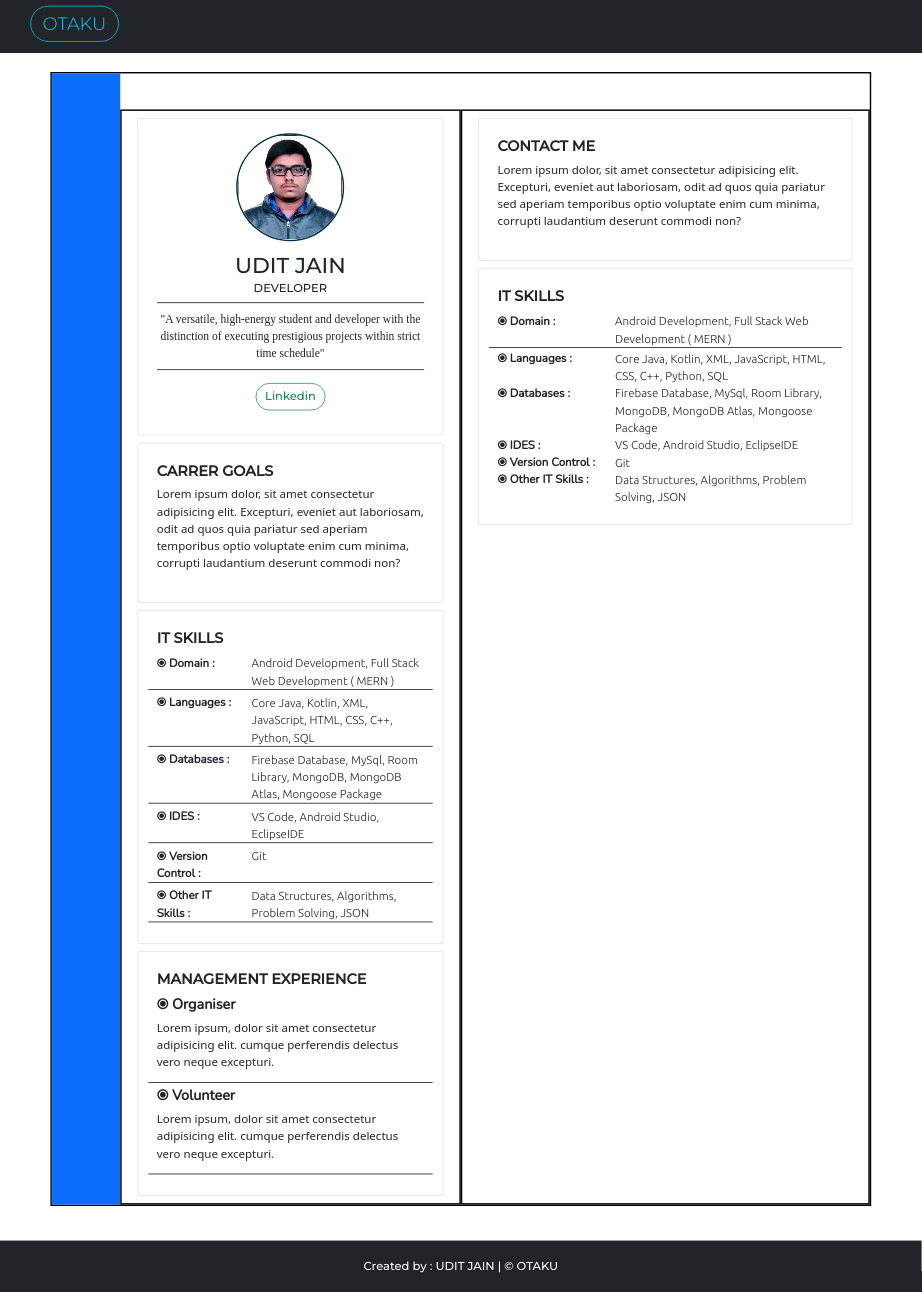
Repository: uditjain100/Responsive-Resume
Page: layouts/index.html
An editor plug-in stored every save of this project. The page is shown before and after the next save, followed by the edit.
The browser window is 1280 px wide. The pictures show the whole page, at 72% of full size.
Some web fonts or font styles are not loaded; a fallback is used. Some web libraries are served in a nearby version.

Above is the page before, as saved 2021-03-01 15:18:56.

### layouts/index.html
<!DOCTYPE html>
<html lang="en">
  <head>
    <meta charset="UTF-8" />
    <meta http-equiv="X-UA-Compatible" content="IE=edge" />
    <meta name="viewport" content="width=device-width, initial-scale=1.0" />
    <title>Udit Jain</title>
    <link rel="stylesheet" href="app.css" />
    <link
      href="https://cdn.jsdelivr.net/npm/bootstrap@5.0.0-beta1/dist/css/bootstrap.min.css"
      rel="stylesheet"
      integrity="sha384-giJF6kkoqNQ00vy+HMDP7azOuL0xtbfIcaT9wjKHr8RbDVddVHyTfAAsrekwKmP1"
      crossorigin="anonymous"
    />

    <link rel="preconnect" href="https://fonts.gstatic.com" />
    <link
      href="https://fonts.googleapis.com/css2?family=Montserrat:wght@300;500&display=swap"
      rel="stylesheet"
    />
    <link
      href="https://fonts.googleapis.com/css2?family=Roboto+Slab:wght@300&display=swap"
      rel="stylesheet"
    />
    <link
      href="https://fonts.googleapis.com/css2?family=Spartan:wght@500&display=swap"
      rel="stylesheet"
    />
    <link
      href="https://fonts.googleapis.com/css2?family=Red+Hat+Display&display=swap"
      rel="stylesheet"
    />
    <link
      href="https://fonts.googleapis.com/css2?family=Ubuntu:wght@300&display=swap"
      rel="stylesheet"
    />
    <link
      href="https://fonts.googleapis.com/css2?family=Quicksand:wght@700&display=swap"
      rel="stylesheet"
    />
    <link
      href="https://fonts.googleapis.com/css2?family=Nunito&display=swap"
      rel="stylesheet"
    />
    <link
      href="https://fonts.googleapis.com/css2?family=Akaya+Kanadaka&display=swap"
      rel="stylesheet"
    />
  </head>
  <body>
    <header class="header">
      <nav class="navbar navbar-expand-lg navbar-light bg-dark pb-3 fixed-top">
        <div class="container-fluid">
          <a
            id="navtitle"
            class="navbar-brand text-info px-3 rounded-pill border border-info"
            href="#"
            >OTAKU</a
          >
        </div>
      </nav>
    </header>

    <div class="container">
      <div id="wholewindow" class="row">
        <div class="col-1 bg-primary"></div>
        <div id="leftwindow" class="col-5">
          <div id="namebox" class="card">
            <img
              id="profileimg"
              src="profile.jpg"
              class="card-img-top"
              alt="..."
            />
            <div class="card-body">
              <h3 class="card-title" style="font-size: 30px; font-weight: 400">
                UDIT JAIN
              </h3>
              <h6 class="card-subtitle">DEVELOPER</h6>
              <p id="summary">
                "A versatile, high-energy student and developer with the
                distinction of executing prestigious projects within strict time
                schedule"
              </p>
              <a href="#" class="btn btn-outline-success rounded-pill m-2"
                >Linkedin</a
              >
            </div>
          </div>
          <div id="goalbox" class="card">
            <div class="card-body">
              <h3 class="card-title">CARRER GOALS</h3>
              <p>
                Lorem ipsum dolor, sit amet consectetur adipisicing elit.
                Excepturi, eveniet aut laboriosam, odit ad quos quia pariatur
                sed aperiam temporibus optio voluptate enim cum minima, corrupti
                laudantium deserunt commodi non?
              </p>
            </div>
          </div>
          <div id="itskillsbox" class="card">
            <div class="card-body">
              <h3 class="card-title">IT SKILLS</h3>
              <ul class="list-group">
                <li id="itskillsitem" class="row">
                  <span class="col-4" id="que">⦿ Domain : </span>
                  <span class="col-8" id="ans"
                    >Android Development, Full Stack Web Development ( MERN
                    )</span
                  >
                </li>
                <li id="itskillsitem" class="row">
                  <span class="col-4" id="que">⦿ Languages : </span>
                  <span class="col-8" id="ans"
                    >Core Java, Kotlin, XML, JavaScript, HTML, CSS, C++, Python,
                    SQL</span
                  >
                </li>
                <li id="itskillsitem" class="row">
                  <span class="col-4" id="que">⦿ Databases : </span>
                  <span class="col-8" id="ans"
                    >Firebase Database, MySql, Room Library, MongoDB, MongoDB
                    Atlas, Mongoose Package</span
                  >
                </li>
                <li id="itskillsitem" class="row">
                  <span class="col-4" id="que">⦿ IDES : </span>
                  <span class="col-8" id="ans"
                    >VS Code, Android Studio, EclipseIDE</span
                  >
                </li>
                <li id="itskillsitem" class="row">
                  <span class="col-4" id="que">⦿ Version Control : </span>
                  <span class="col-8" id="ans">Git</span>
                </li>
                <li id="itskillsitem" class="row">
                  <span class="col-4" id="que">⦿ Other IT Skills : </span>
                  <span class="col-8" id="ans"
                    >Data Structures, Algorithms, Problem Solving, JSON</span
                  >
                </li>
              </ul>
            </div>
          </div>
          <div id="managementskillsbox" class="card">
            <div class="card-body">
              <h3 class="card-title">MANAGEMENT EXPERIENCE</h3>
              <ul class="list-group">
                <li id="managementskillsitem" class="row">
                  <h5 id="que" class="display-10">⦿ Organiser</h5>
                  <p>
                    Lorem ipsum, dolor sit amet consectetur adipisicing elit.
                    cumque perferendis delectus vero neque excepturi.
                  </p>
                </li>
                <li id="managementskillsitem" class="row">
                  <h5 id="que" class="display-10">⦿ Volunteer</h5>
                  <p>
                    Lorem ipsum, dolor sit amet consectetur adipisicing elit.
                    cumque perferendis delectus vero neque excepturi.
                  </p>
                </li>
              </ul>
            </div>
          </div>
        </div>
        <div id="rightwindow" class="col-6">
          <div id="contactbox" class="card">
            <div class="card-body">
              <h3 class="card-title">CONTACT ME</h3>
              <p>
                Lorem ipsum dolor, sit amet consectetur adipisicing elit.
                Excepturi, eveniet aut laboriosam, odit ad quos quia pariatur
                sed aperiam temporibus optio voluptate enim cum minima, corrupti
                laudantium deserunt commodi non?
              </p>
            </div>
          </div>
          <div id="itskillsbox" class="card">
            <div class="card-body">
              <h3 class="card-title">IT SKILLS</h3>
              <ul class="list-group">
                <li id="itskillsitem" class="row">
                  <span class="col-4" id="que">⦿ Domain : </span>
                  <span class="col-8" id="ans"
                    >Android Development, Full Stack Web Development ( MERN
                    )</span
                  >
                </li>
                <li id="skillsitem" class="row">
                  <span class="col-4" id="que">⦿ Languages : </span>
                  <span class="col-8" id="ans"
                    >Core Java, Kotlin, XML, JavaScript, HTML, CSS, C++, Python,
                    SQL</span
                  >
                </li>
                <li id="skillsitem" class="row">
                  <span class="col-4" id="que">⦿ Databases : </span>
                  <span class="col-8" id="ans"
                    >Firebase Database, MySql, Room Library, MongoDB, MongoDB
                    Atlas, Mongoose Package</span
                  >
                </li>
                <li id="skillsitem" class="row">
                  <span class="col-4" id="que">⦿ IDES : </span>
                  <span class="col-8" id="ans"
                    >VS Code, Android Studio, EclipseIDE</span
                  >
                </li>
                <li id="skillsitem" class="row">
                  <span class="col-4" id="que">⦿ Version Control : </span>
                  <span class="col-8" id="ans">Git</span>
                </li>
                <li id="skillsitem" class="row">
                  <span class="col-4" id="que">⦿ Other IT Skills : </span>
                  <span class="col-8" id="ans"
                    >Data Structures, Algorithms, Problem Solving, JSON</span
                  >
                </li>
              </ul>
            </div>
          </div>
        </div>
      </div>
    </div>

    <footer class="footer bg-dark mt-5 py-4">
      <div class="container">
        <span class="" style="text-align: center"
          >Created by : UDIT JAIN | &copy; OTAKU</span
        >
      </div>
    </footer>

    <script
      src="https://cdn.jsdelivr.net/npm/@popperjs/core@2.6.0/dist/umd/popper.min.js"
      integrity="sha384-KsvD1yqQ1/1+IA7gi3P0tyJcT3vR+NdBTt13hSJ2lnve8agRGXTTyNaBYmCR/Nwi"
      crossorigin="anonymous"
    ></script>
    <script
      src="https://cdn.jsdelivr.net/npm/bootstrap@5.0.0-beta2/dist/js/bootstrap.min.js"
      integrity="sha384-nsg8ua9HAw1y0W1btsyWgBklPnCUAFLuTMS2G72MMONqmOymq585AcH49TLBQObG"
      crossorigin="anonymous"
    ></script>

    <script src="https://cdnjs.cloudflare.com/ajax/libs/typed.js/2.0.11/typed.min.js"></script>

    <script src="app.js"></script>
  </body>
</html>

### layouts/app.css
/* * Common Section */

@keyframes transitionIn {
  from {
    opacity: 0;
    transform: rotateY(-10deg);
  }
  to {
    opacity: 1;
    transform: rotateY(0);
  }
}

html {
  animation: transitionIn 1s;
}

/* * Navbar Section */

#navtitle {
  font-family: "Montserrat";
  font-size: 25px;
  font-weight: 300;
  margin-left: 30px;
}

#navlist li {
  font-family: "Montserrat";
  font-weight: 200;
  margin: 10px;
  padding: 10px;
  font-size: 20px;
  transition: 0.1s;
  display: flex;
  flex-direction: column-reverse;
  align-items: center;
}

#navlist li img {
  width: 30px;
  display: none;
  height: 30px;
  margin: 5px;
  border-radius: 50%;
}

#navlist li:hover {
  font-weight: 500;
  border-bottom-left-radius: 10%;
  border-bottom-right-radius: 10%;
  border-bottom: 2px white solid;
}

@media (max-width: 993px) {
  #navlist li img {
    display: flex;
    background-color: grey;
  }
}

/*  ********************* resume work */

#wholewindow {
  margin-top: 100px;
  border: 2px black solid;
  display: flex;
  flex-direction: row;
  flex-wrap: wrap;
  justify-content: space-evenly;
  /* align-items: center; */
}

#leftwindow,
#rightwindow {
  margin-top: 50px;
  border: 2px black solid;
  min-width: 400px;
}

#namebox {
  display: flex;
  flex-direction: column;
  flex-wrap: wrap;
  justify-content: space-evenly;
  align-items: center;
  text-align: center;
  font-family: "Montserrat";
}

#profileimg {
  width: 150px;
  height: 150px;
  border-radius: 50%;
  border: 2px #003049 solid;
  margin-top: 10px;
}
#summary {
  font-family: "Akaya Kanadaka";
  margin-top: 10px;
  margin-bottom: 10px;
  padding-top: 10px;
  padding-bottom: 10px;

  border-bottom: 1px black solid;
  border-top: 1px black solid;
}

#itskillsitem,
#managementskillsitem {
  border-bottom: 1px black solid;
  margin-top: 3px;
  margin-bottom: 3px;
}

#que {
  font-family: "Nunito";
  font-weight: 900;
  text-align: left;
}

#ans {
  font-family: "Ubuntu";
  font-weight: 400;
  text-align: left;
}

.card {
  margin: 10px;
  padding: 10px;
}

.card-title {
  font-family: "Montserrat";
  font-weight: 900;
  font-size: 20px;
}

/* * Common Section */

.footer {
  position: -webkit-sticky;
  left: 0;
  bottom: 0;
  width: 100%;
  color: white;
  text-align: center;
  font-family: "Montserrat";
}

Loaded but not shown: layouts/app.js (no copy from this time; the picture is the same without it)

After the next save:
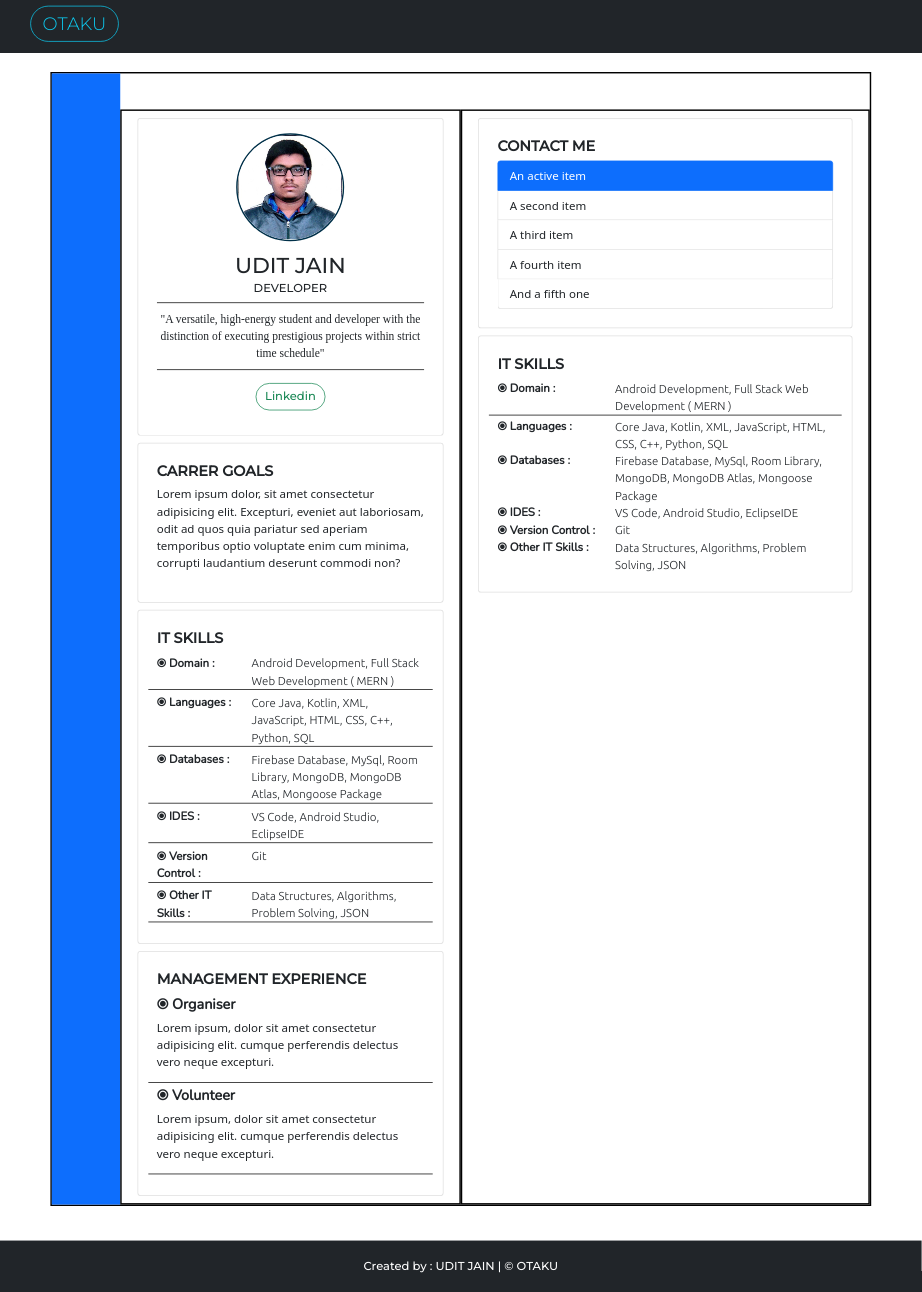
Saved 22 s later.
--- a/layouts/index.html
+++ b/layouts/index.html
@@ -168,12 +168,15 @@
           <div id="contactbox" class="card">
             <div class="card-body">
               <h3 class="card-title">CONTACT ME</h3>
-              <p>
-                Lorem ipsum dolor, sit amet consectetur adipisicing elit.
-                Excepturi, eveniet aut laboriosam, odit ad quos quia pariatur
-                sed aperiam temporibus optio voluptate enim cum minima, corrupti
-                laudantium deserunt commodi non?
-              </p>
+              <ul class="list-group">
+                <li class="list-group-item active" aria-current="true">
+                  An active item
+                </li>
+                <li class="list-group-item">A second item</li>
+                <li class="list-group-item">A third item</li>
+                <li class="list-group-item">A fourth item</li>
+                <li class="list-group-item">And a fifth one</li>
+              </ul>
             </div>
           </div>
           <div id="itskillsbox" class="card">
